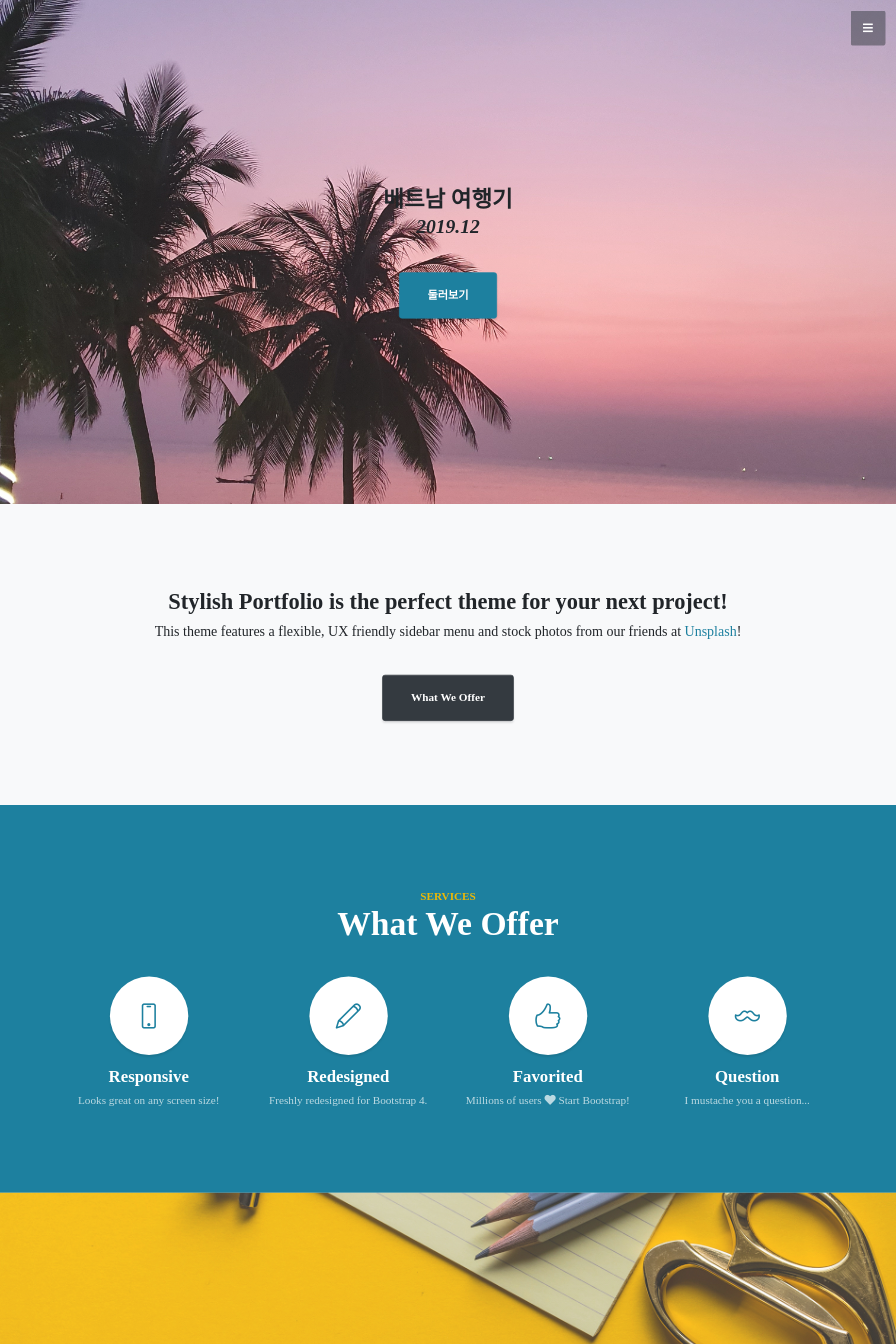
Repository: hyunah-aha/hyunah-aha
Page: HTML/template/index.html
The author's editor kept a record of every edit. The page is drawn from the files as they stood at one moment, then again after the next edit.
The browser window is 1280 px wide. The pictures show the part of the page from y = 0 to 1920 px (the page is 4677 px tall), at 70% of full size.
Some web fonts or font styles are not loaded; a fallback is used.

Above is the page before.

After the next edit:
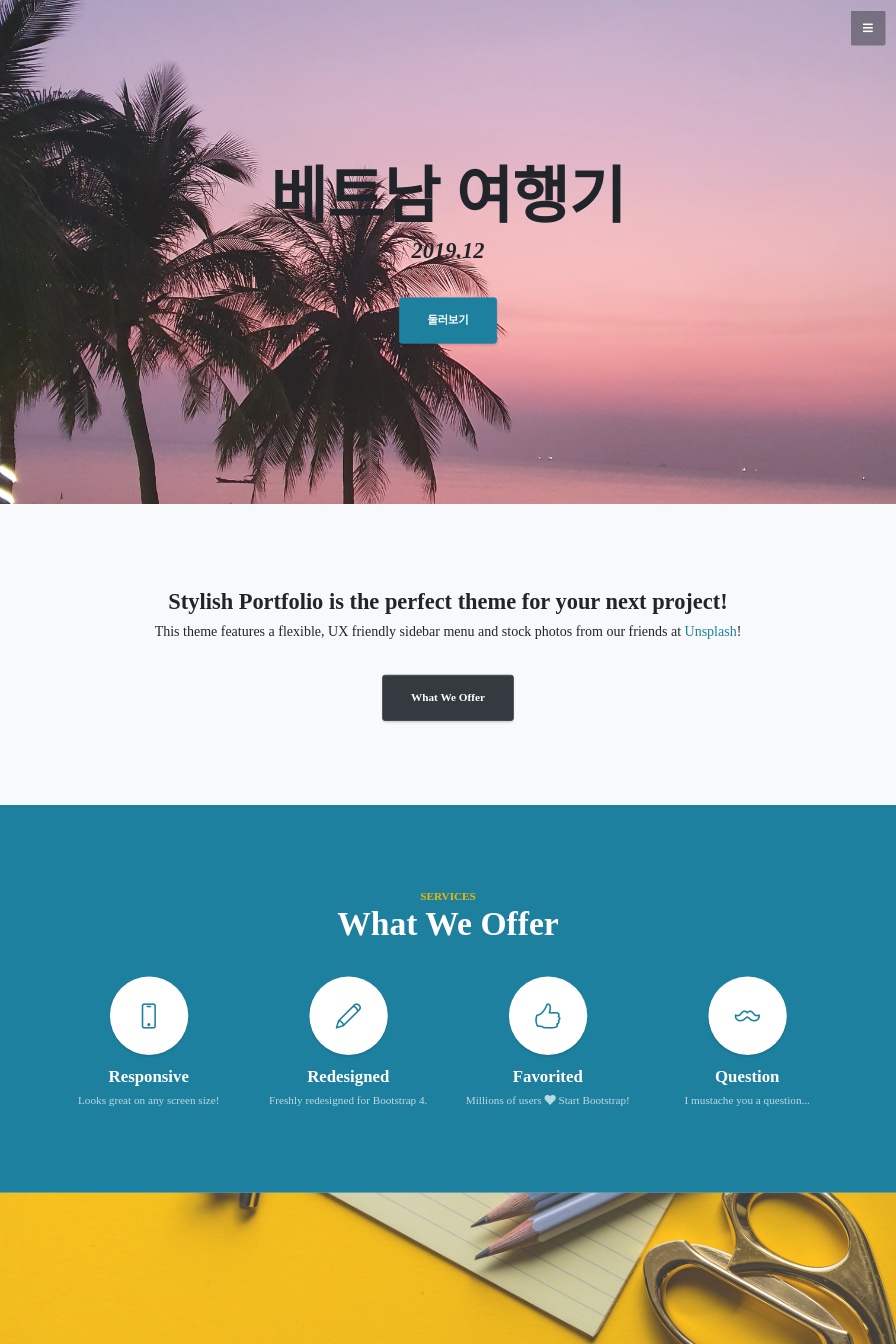
The edit:
--- a/HTML/template/index.html
+++ b/HTML/template/index.html
@@ -55,8 +55,8 @@
   <!-- Header -->
   <header class="masthead d-flex">
     <div class="container text-center my-auto">
-      <h2 class="mb-1">베트남 여행기</h1>
-      <h3 class="mb-5">
+      <h1 class="mb-1">베트남 여행기</h1>
+      <h2 class="mb-5">
         <em>2019.12 </em>
       </h3>
       <a class="btn btn-primary btn-xl js-scroll-trigger" href="#about">둘러보기</a>
